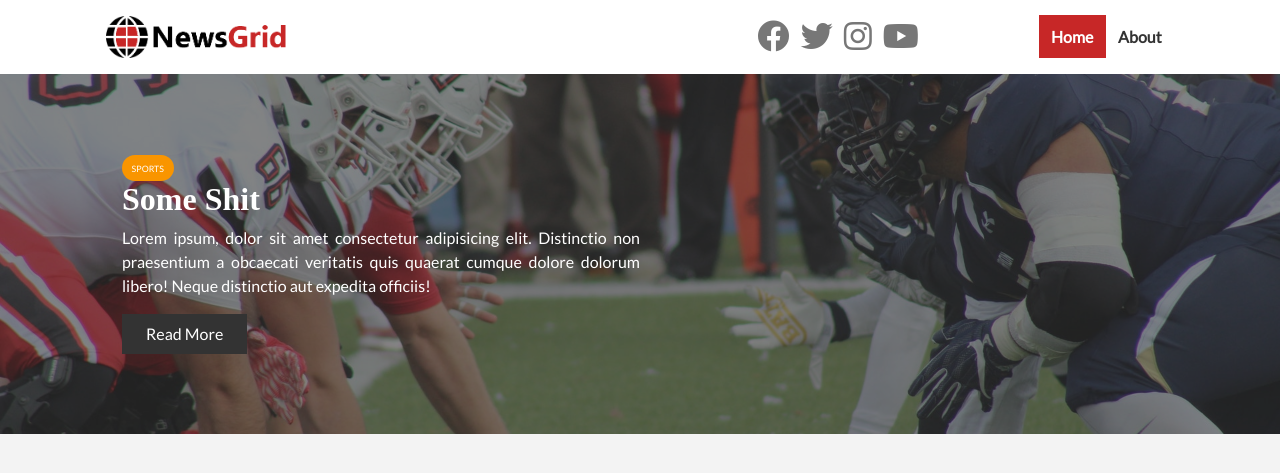
Repository: EswinGiova/NewsGrid
Page: index.html
The author's editor kept a copy of each file at every save. The page is drawn from the files as they stood at one save, then again after the next save.
The browser window is 1280 px wide. The pictures show the whole page.
Some web libraries are served in a nearby version.

Above is the page before, as saved 2020-09-19 20:14:34.

### index.html
<!DOCTYPE html>
<html lang="en">
  <head>
    <meta charset="UTF-8" />
    <meta name="viewport" content="width=device-width, initial-scale=1.0" />
    <link rel="shortcut icon" type="image/x-icon" href="favicon.ico" />
    <link
      href="https://fonts.googleapis.com/css2?family=Lato&family=Staatliches&display=swap"
      rel="stylesheet"
    />
    <link rel="stylesheet" href="./css/style.css" />
    <link
      rel="stylesheet"
      media="screen and (max-width: 768px)"
      href="./css/mobile.css"
    />

    <link
      rel="stylesheet"
      href="https://cdnjs.cloudflare.com/ajax/libs/font-awesome/5.14.0/css/all.min.css"
      integrity="sha512-1PKOgIY59xJ8Co8+NE6FZ+LOAZKjy+KY8iq0G4B3CyeY6wYHN3yt9PW0XpSriVlkMXe40PTKnXrLnZ9+fkDaog=="
      crossorigin="anonymous"
    />

    <title>NewsGrid | Latest News</title>
  </head>
  <body>
    <nav id="main-nav">
      <div class="container">
        <img src="./image_resources/logo.png" alt="" class="logo" />
        <div class="social">
          <a href="#" target="_blank"><i class="fab fa-facebook fa-2x"></i></a>
          <a href="#" target="_blank"><i class="fab fa-twitter fa-2x"></i></a>
          <a href="#" target="_blank"><i class="fab fa-instagram fa-2x"></i></a>
          <a href="#" target="_blank"><i class="fab fa-youtube fa-2x"></i></a>
        </div>
        <ul>
          <li><a href="#" class="current">Home</a></li>
          <li><a href="#">About </a></li>
        </ul>
      </div>
    </nav>

    <header id="showcase">
      <div class="container">
        <div class="showcase-container">
          <div class="showcase-content">
            <div class="category category-sports">Sports</div>
            <h1>Some Shit</h1>
            <p>
              Lorem ipsum, dolor sit amet consectetur adipisicing elit.
              Distinctio non praesentium a obcaecati veritatis quis quaerat
              cumque dolore dolorum libero! Neque distinctio aut expedita
              officiis!
            </p>
            <a href="./article.html" class="btn btn-primary">Read More </a>
          </div>
        </div>
      </div>
    </header>
  </body>
</html>

### css/style.css
:root {
  --primary-color: #c72727;
  --secondary-color: #f99500;
  --light-color: #f3f3f3;
  --dark-color: #333;
  --max-width: 1100px;
}

.category {
  --sports-color: #f99500;
  --ent-color: #a66bbe;
  --tech-color: #009cff;
}
* {
  margin: 0;
  padding: 0;
  box-sizing: border-box;
}
body {
  font-family: 'Lato', sans-serif;
  line-height: 1.5;
  background: var(--light-color);
}

a {
  color: var(--dark-color);
  text-decoration: none;
}

ul {
  list-style: none;
}

img {
  width: 100%;
}

h1,
h2,
h3,
h4,
h5,
h6 {
  font-family: 'Staaliches', cursive;
  margin-bottom: 0.55rem;
  line-height: 1.3rem;
}

/*  utility class */

.container {
  max-width: var(--max-width);
  margin: auto;
  padding: 0 2rem;
  overflow: hidden;
}

/* category */

.category {
  display: inline-block;
  color: #fff;
  font-size: 0.55rem;
  text-transform: uppercase;
  padding: 0.4rem 0.6rem;
  border-radius: 15px;
  margin-bottom: 0.5rem;
}

.category-sports {
  background: var(--sports-color);
}
.category-ent {
  background: var(--ent-color);
}
.category-tech {
  background: var(--tech-color);
}

/* btn */

.btn {
  display: inline-block;
  border: none;
  background: var(--dark-color);
  color: #fff;
  padding: 0.5rem 1.5rem;
}

/* Navigation */
#main-nav {
  background: #fff;
  position: sticky;
  top: 0;
  z-index: 2;
}

#main-nav .container {
  display: grid;
  grid-template-columns: 6fr 3fr 2fr;
  padding: 1rem;
  align-items: center;
}

#main-nav .logo {
  width: 180px;
}

#main-nav ul {
  display: flex;
  justify-self: end;
}

#main-nav ul li a {
  padding: 0.77rem;
  font-weight: bold;
}

#main-nav ul li .current {
  background: var(--primary-color);
  color: white;
}

#main-nav ul li .current:hover {
  background: var(--light-color);
  color: var(--dark-color);
}
#main-nav .social {
  justify-self: center;
}

#main-nav .social i {
  color: #777;
  margin-left: 0.5rem;
}

/* showcase */
#showcase {
  background: #333;
  color: #fff;
  position: relative;
}

#showcase:before {
  content: '';
  background: url('../image_resources/featured.jpg') center center/cover;
  position: absolute;
  top: 0;
  left: 0;
  width: 100%;
  height: 100%;
  opacity: 0.4;
}
#showcase .showcase-container {
  height: 50vh;
  display: grid;
  grid-template-columns: repeat(2, 1fr);
  justify-content: center;
  align-content: center;
}
#showcase .showcase-container .showcase-content {
  z-index: 2;
  text-align: justify;
}
#showcase .showcase-container .showcase-content p {
  margin: 1rem 0;
}

Loaded but not shown: css/mobile.css (no copy from this time; the picture is the same without it)

After the next save:
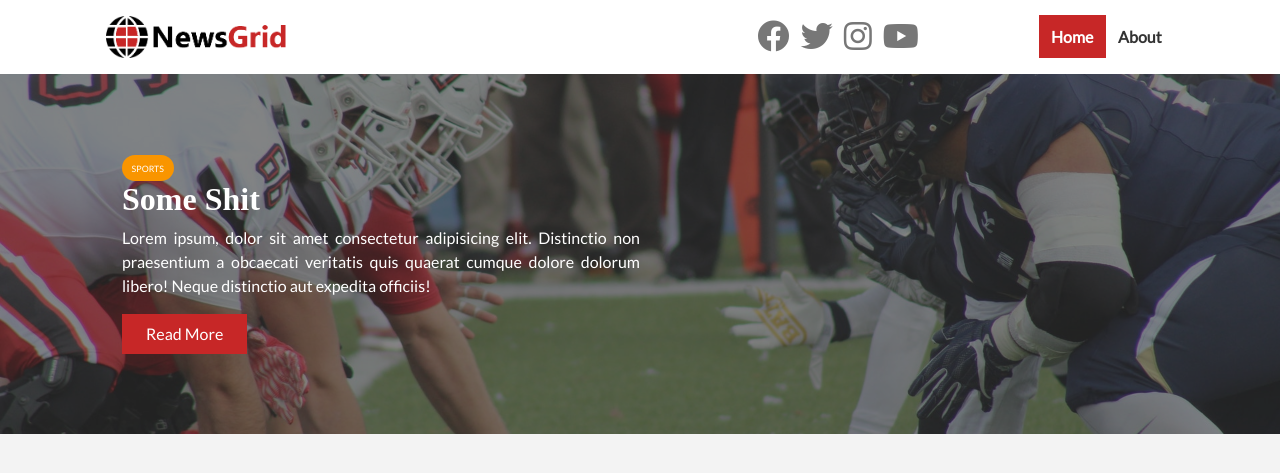
Saved 58 s later.
--- a/css/style.css
+++ b/css/style.css
@@ -87,6 +87,16 @@ h6 {
   padding: 0.5rem 1.5rem;
 }
 
+.btn-light {
+  background: var(--light-color);
+}
+.btn-primary {
+  background: var(--primary-color);
+}
+.btn-light {
+  background: var(--light-color);
+}
+
 /* Navigation */
 #main-nav {
   background: #fff;
